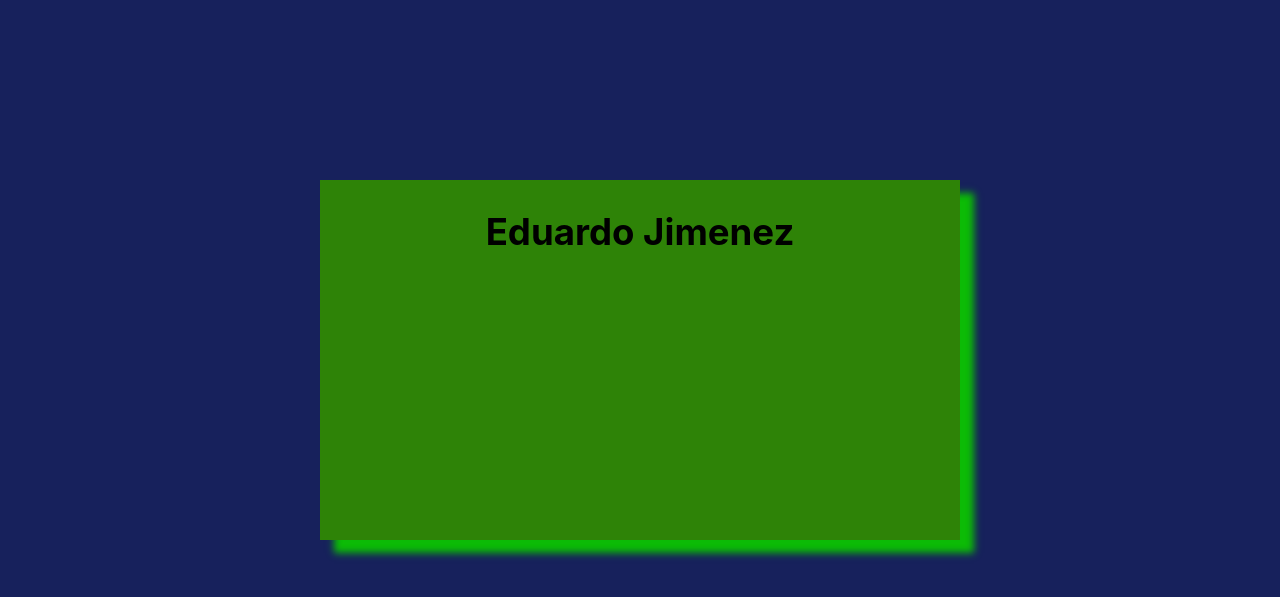
Repository: l8nightswithJS/react-my-portfolio
Page: /
An editor plug-in stored every save of this project. The page is shown before and after the next save, followed by the edit.
The browser window is 1280 px wide. The pictures show the whole page.
The project was rebuilt for these pictures with package versions that can differ from the ones it lists, and the page was loaded fresh each time.

Above is the page before, as saved 2021-04-22 23:58:29.

After the next save:
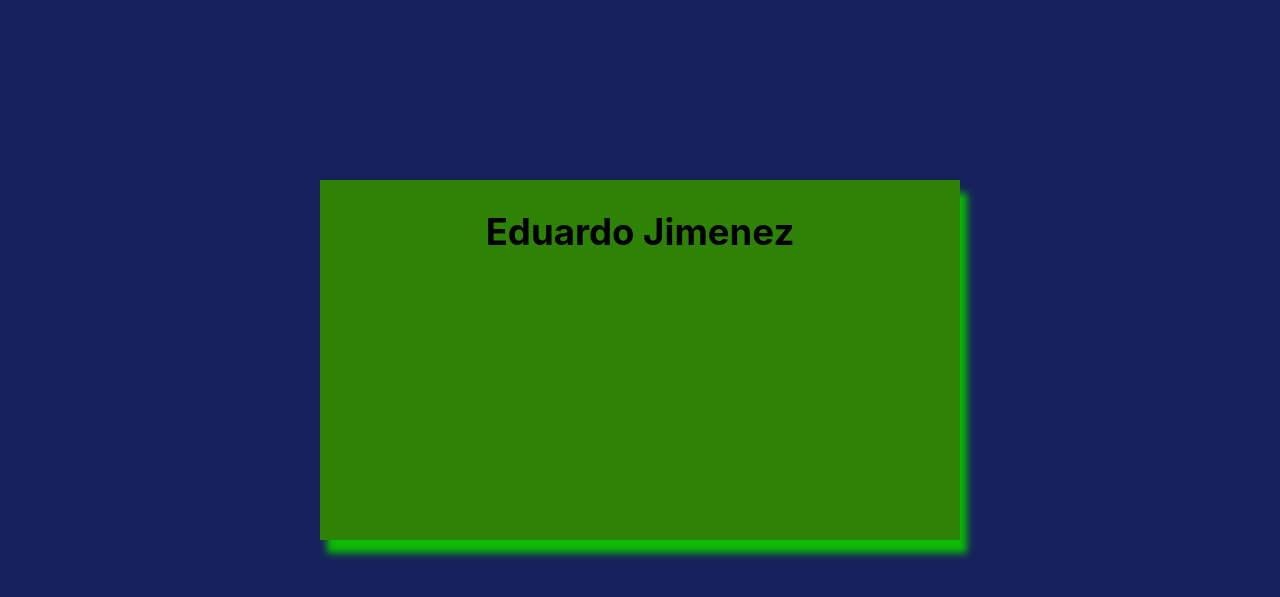
Saved 18 s later.
--- a/src/App.css
+++ b/src/App.css
@@ -17,7 +17,7 @@ section {
   margin: auto;
   font-size: calc(10px + 2vmin);
   color: white;
-  box-shadow: 2vh 1vw 1vh rgb(12, 187, 6);
+  box-shadow: 1vh 1vw 1vh rgb(12, 187, 6);
 }
 
 h1 {
